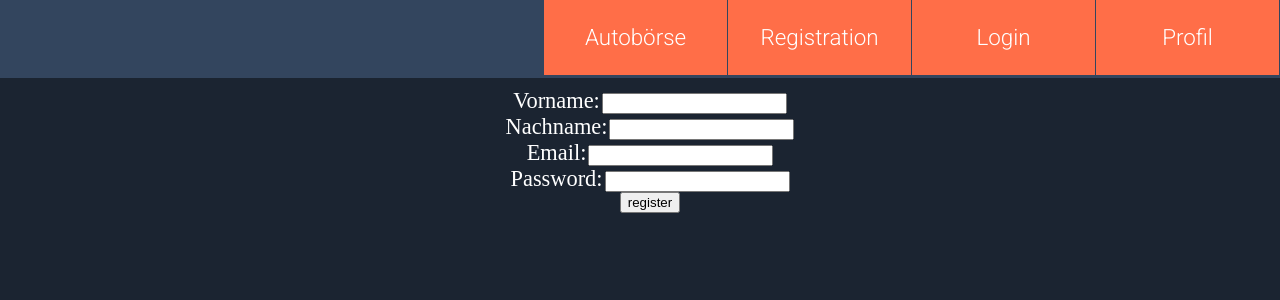
Repository: Turkelten/CarAdminstration
Page: http://localhost/Autobörse/registration.html
The author's editor kept a copy of each file at every save. The page is drawn from the files as they stood at one save, then again after the next save.
The browser window is 1280 px wide. The pictures show the whole page.
The page is served by Tomcat 9.

Above is the page before, as saved 2020-07-18 18:40:00.

After the next save:
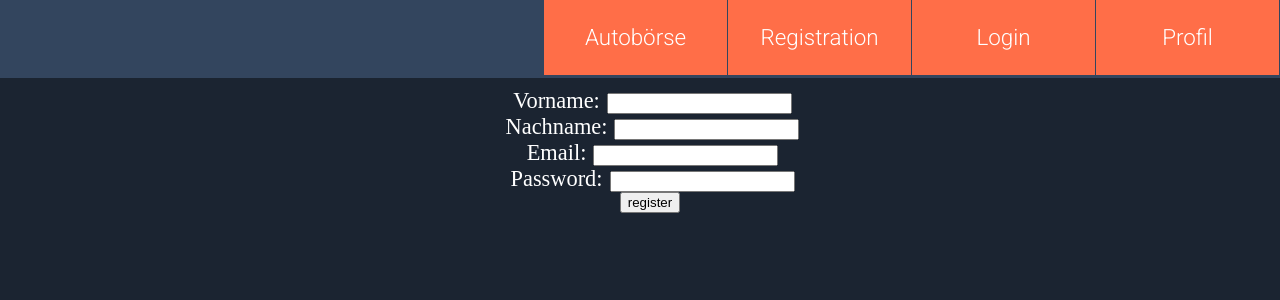
Saved 14 s later.
--- a/Autobörse/WebContent/style.css
+++ b/Autobörse/WebContent/style.css
@@ -234,5 +234,5 @@ header nav#mobile ul li:hover > ul {
 .registration a {
 	font-size: 2rem;
 	text-align: left;
-	padding: 5;
-}
+	padding: 5px;
+}
